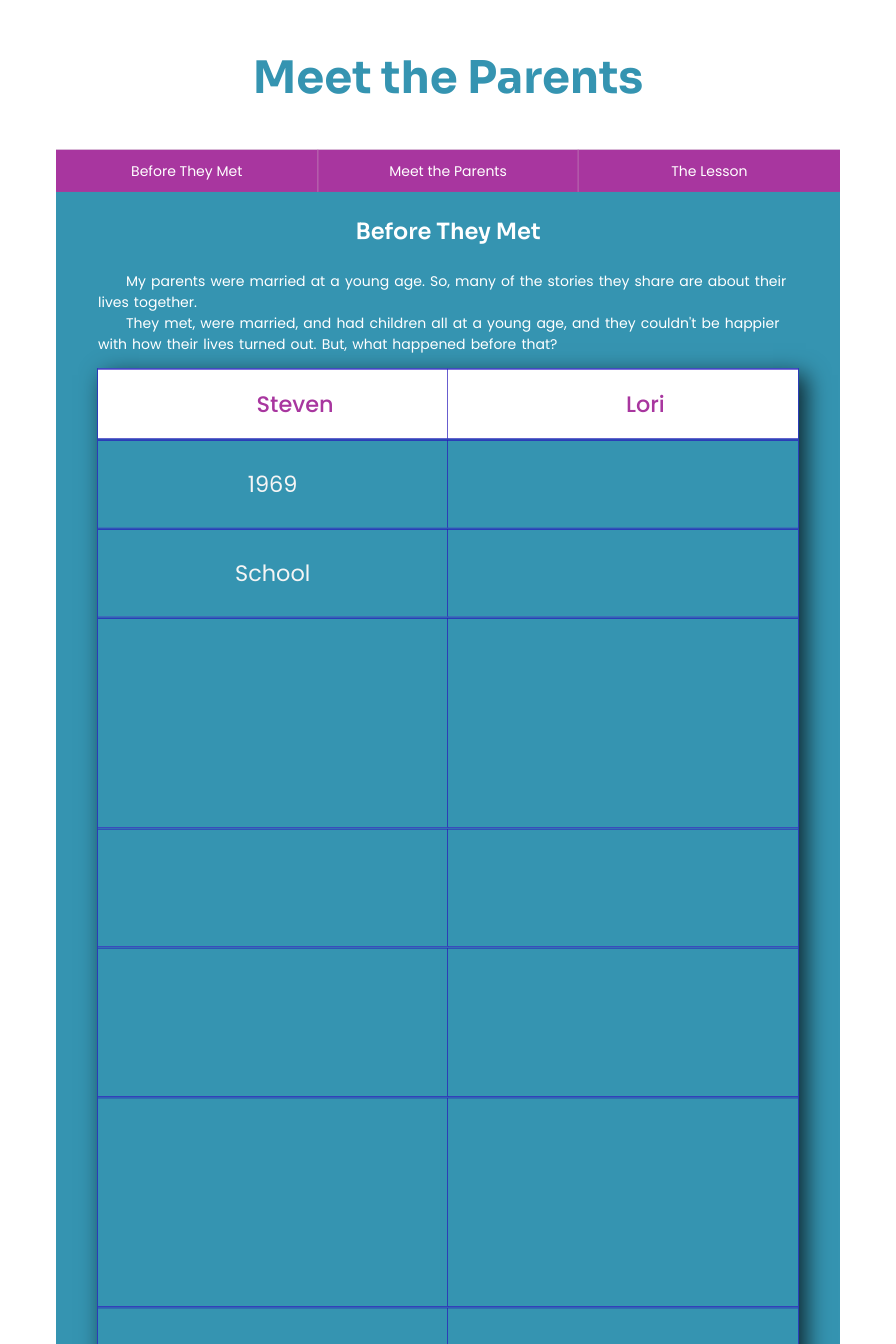
Repository: Sbethm/parents-tribute
Page: timeline.html
An editor plug-in stored every save of this project. The page is shown before and after the next save, followed by the edit.
The browser window is 1280 px wide. The pictures show the part of the page from y = 0 to 1920 px (the page is 3548 px tall before and 3570 px after), at 70% of full size.

Above is the page before, as saved 2021-02-24 15:17:12.

After the next save:
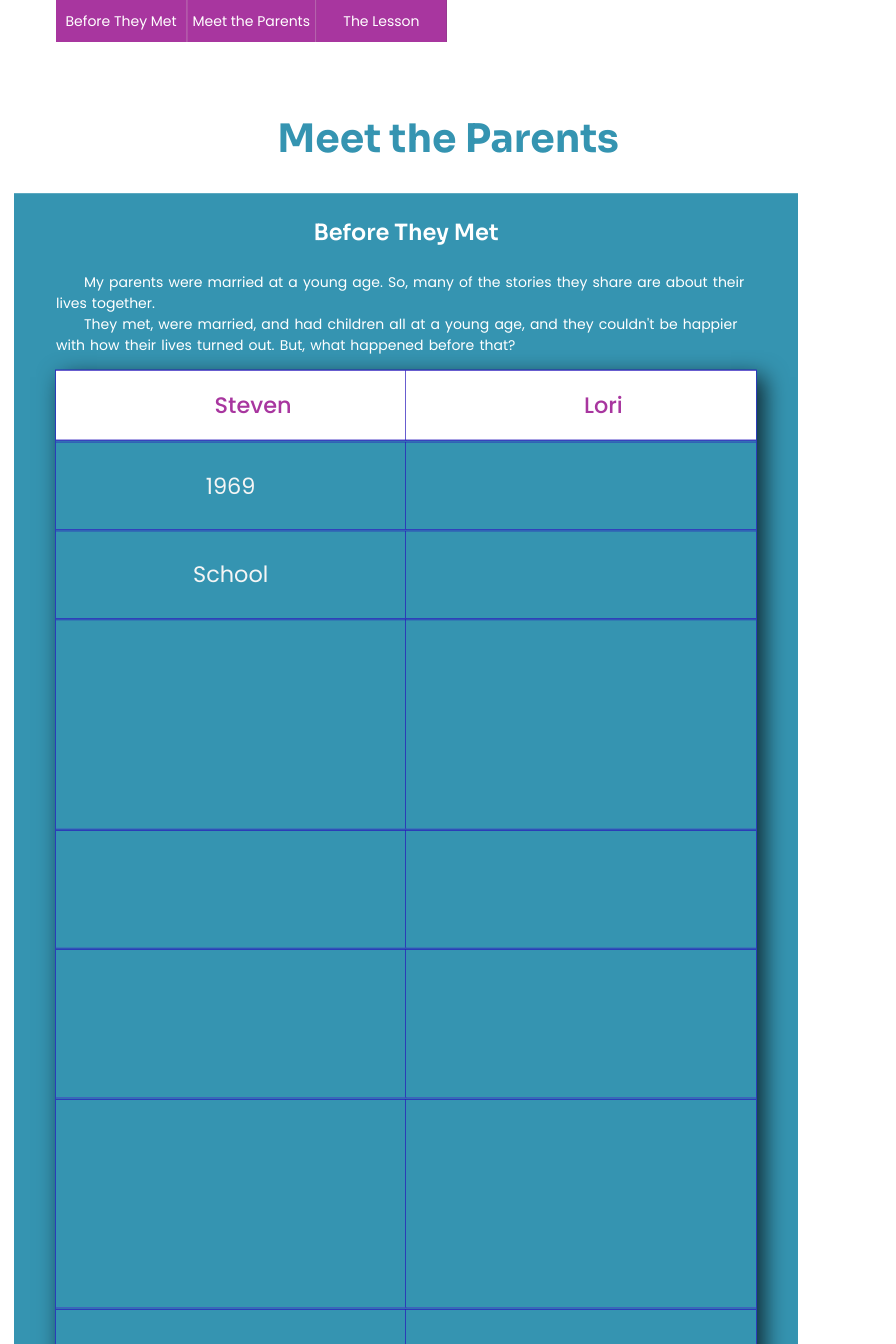
Saved 4 s later.
--- a/style.css
+++ b/style.css
@@ -678,6 +678,30 @@ footer {
         padding-top: 20px;
         margin: 0 80px;
         border-top: none;
+    }
+
+    header {
+
+        flex-direction: column-reverse;
+    }
+
+    h1 {
+        font-size: 3.5em;
+        padding-top: 90px;
+        padding-bottom: 50px;
+    }
+
+    main {
+        padding: 20px 0;
+        margin: 0 20px;
+        width: calc(100vw - 40px);
+        background-color: rgb(53, 148, 177);
+        border-top: none;
+    }
+
+    .navigation {
+        position: fixed;
+        top: 0;
     }
 
     nav {
